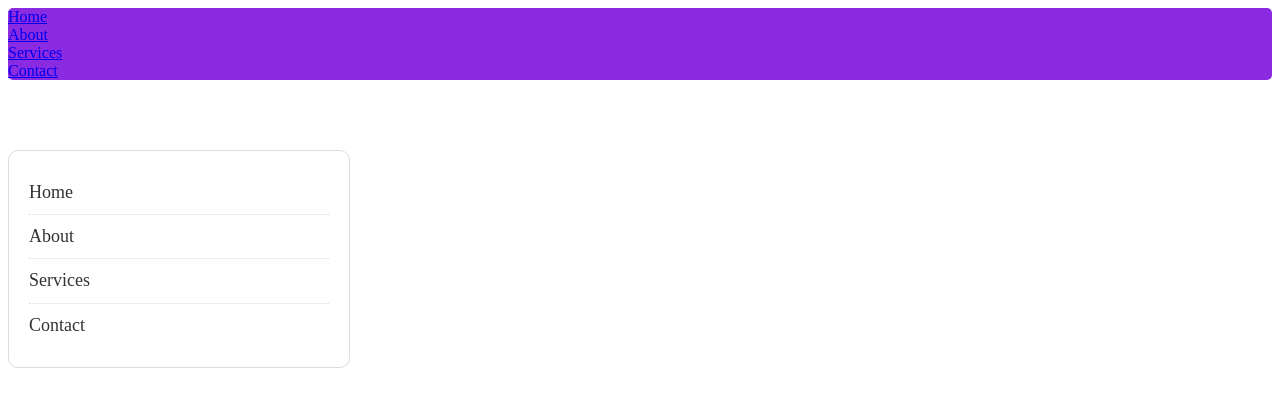
Repository: andiausrust/css-traversy
Page: menus/index.html
These files come from the project's save history. The page is drawn as it stood at one moment and after the next save; the edit follows.
The browser window is 1280 px wide. The pictures show the whole page.

Above is the page before, as saved 2020-08-20 11:28:45.

After the next save:
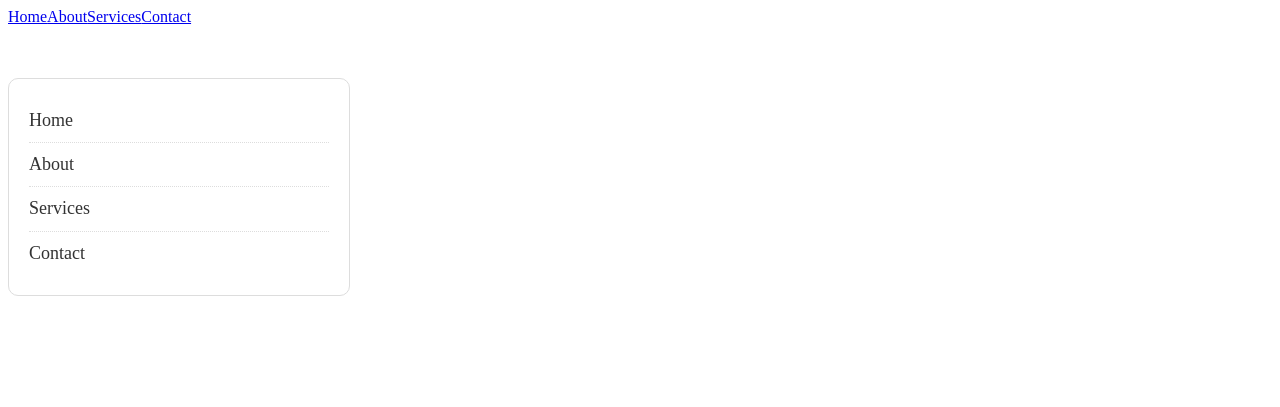
Saved 11 s later.
--- a/menus/css/style.css
+++ b/menus/css/style.css
@@ -35,5 +35,5 @@
 }
 
 .navbar li {
-    display: float;
+    float: left;
 }
